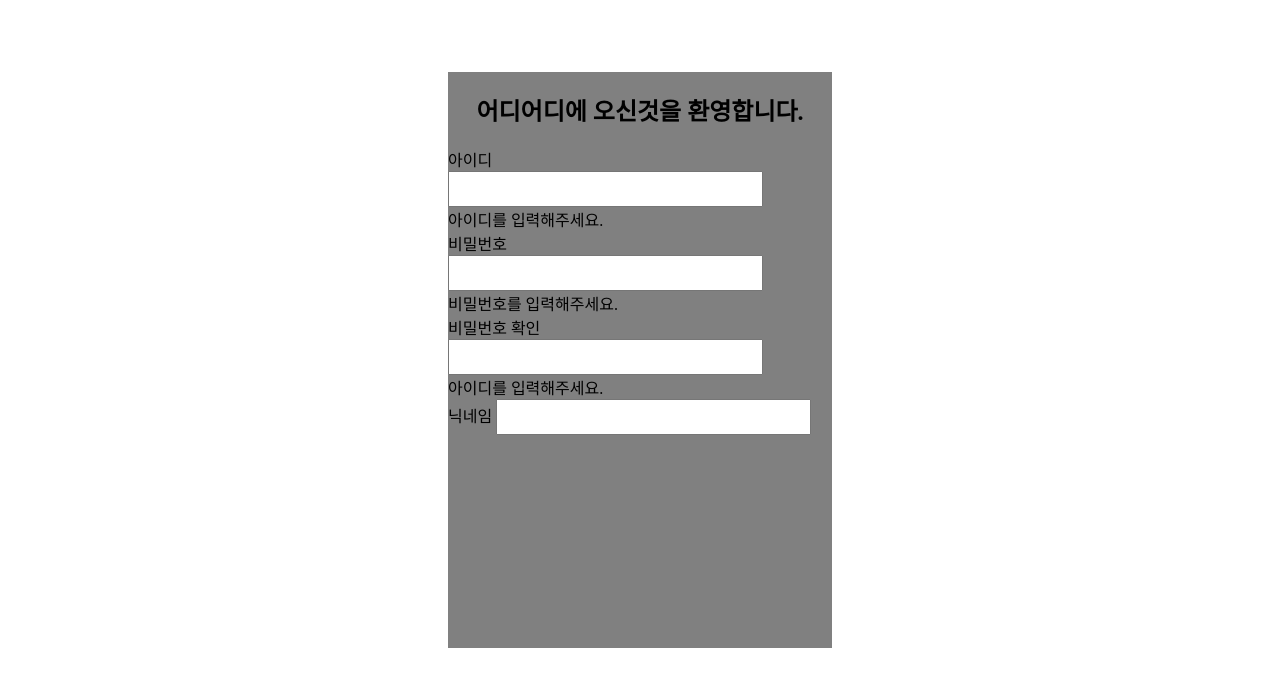
Repository: zzangyu/koreanFoodsProject
Page: http://localhost/koreanFoodsProject/koreanFoods/kFoods.do?cmd=signUp
An editor plug-in stored every save of this project. The page is shown before and after the next save, followed by the edit.
The browser window is 1280 px wide. The pictures show the whole page.
The page is served by Tomcat 9.

Above is the page before, as saved 2022-12-29 07:06:13.

After the next save:
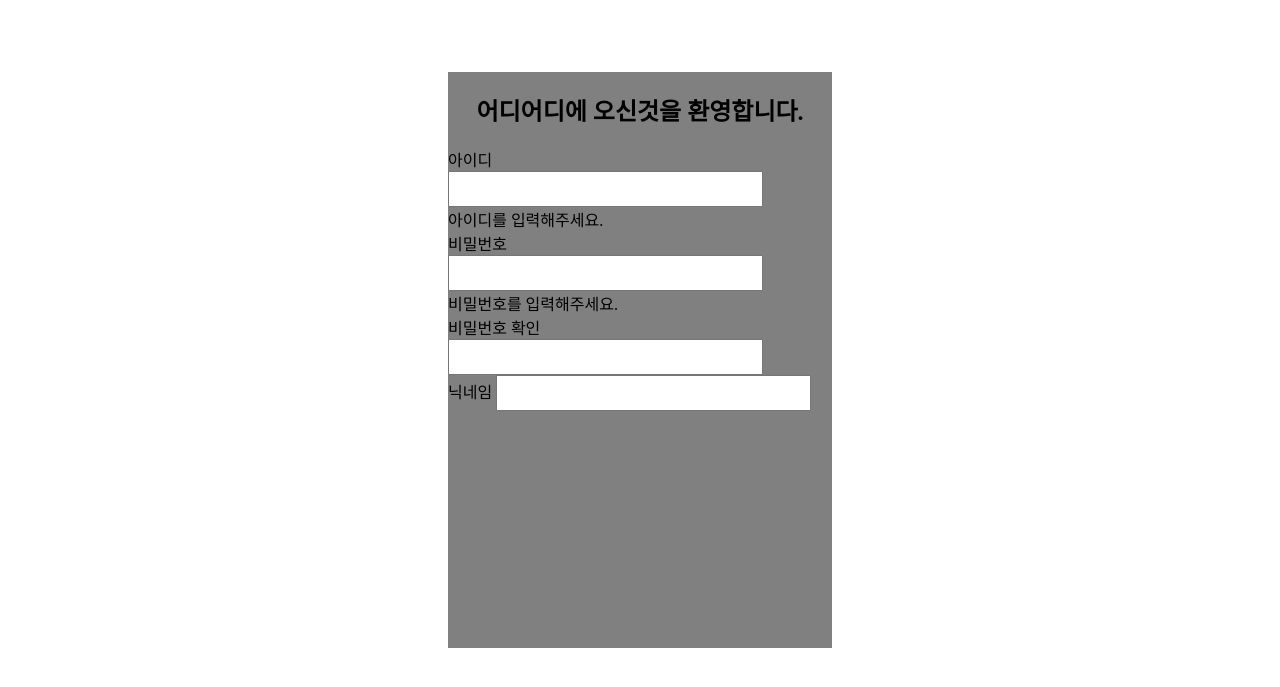
Saved 44 s later.
--- a/koreanFoodsProject/src/main/webapp/koreanFoods/signUp.jsp
+++ b/koreanFoodsProject/src/main/webapp/koreanFoods/signUp.jsp
@@ -29,12 +29,14 @@
 				<label>비밀번호 확인</label>
 				<div>
 					<input type="password" name="kf_passwordCheck" class="signUp_input">
-					<div id="signUp_idCheck">아이디를 입력해주세요.</div>
+					<div id="signUp_idCheck"></div>
 				</div>
 			</div>
 			<div>
-				<label>닉네임</label>
-				<input type="text" name="kf_nickname" class="signUp_input">
+				<div>
+					<label>닉네임</label>
+					<input type="text" name="kf_nickname" class="signUp_input">
+				</div>
 			</div>
 		</div>
 	</form>
